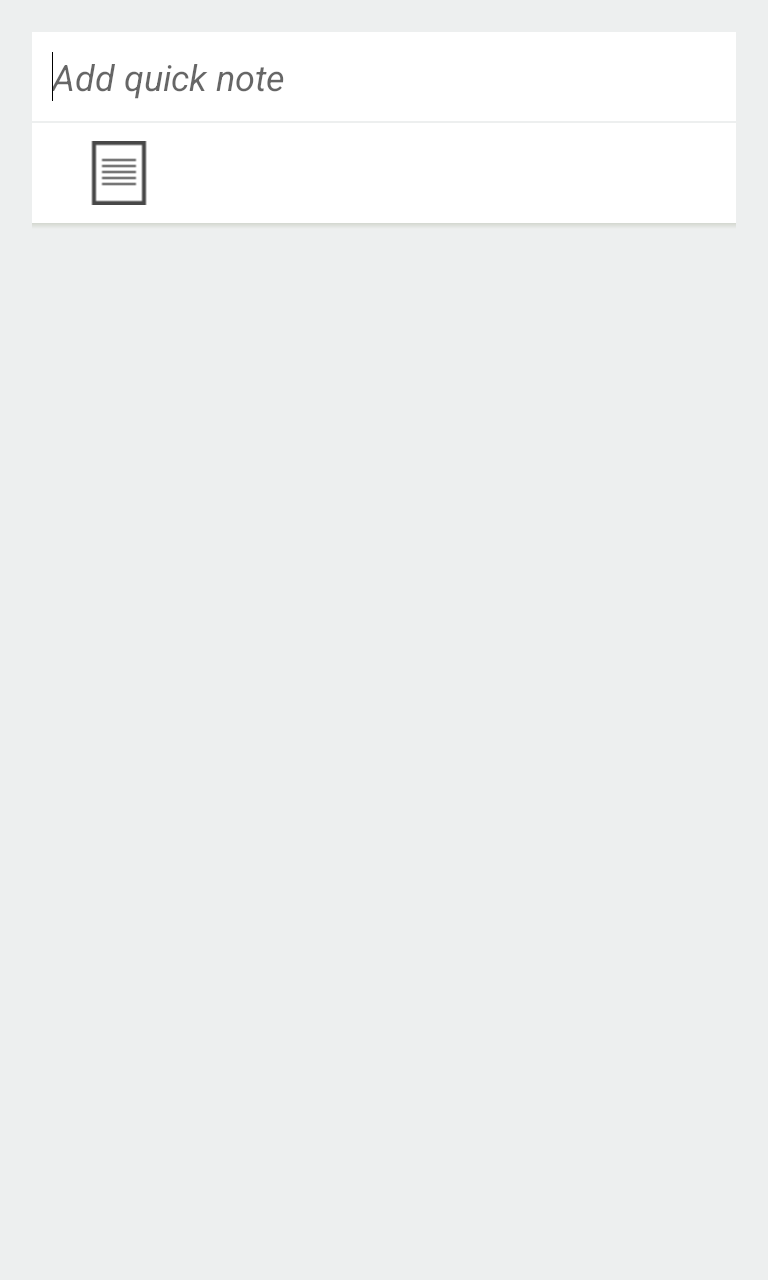
Repository: ishwormali/practices
Layout: Android/GoogleKeep/GoogleKeep/res/layout/fragment_main.xml
An editor plug-in stored every save of this project. The layout is shown before and after the next save, followed by the edit.
It is drawn on a 768 x 1280 px phone screen (xhdpi) without system bars, with theme Theme.Orangeboom; the app's code is not run.

Above is the layout before, as saved 2014-04-01 07:32:03.

### Android/GoogleKeep/GoogleKeep/res/layout/fragment_main.xml
<RelativeLayout xmlns:android="http://schemas.android.com/apk/res/android"
    xmlns:tools="http://schemas.android.com/tools"
    android:layout_width="match_parent"
    android:layout_height="match_parent"
    android:paddingBottom="@dimen/activity_vertical_margin"
    android:paddingLeft="@dimen/activity_horizontal_margin"
    android:paddingRight="@dimen/activity_horizontal_margin"
    android:paddingTop="@dimen/activity_vertical_margin"
    tools:context="com.practices.googlekeep.MainActivity$PlaceholderFragment"
    android:background="@color/main_background"
      >

    <LinearLayout
        android:layout_width="match_parent"
        android:layout_height="wrap_content"
        android:layout_alignParentTop="true"
        android:layout_centerHorizontal="true"
        android:background="@drawable/area_container"
        android:orientation="vertical" >

        <EditText
            android:id="@+id/text_quicknote"
            android:layout_width="match_parent"
            android:layout_height="wrap_content"
            android:ems="10"  android:hint="@string/add_quick_note"
            android:background="@drawable/edit_box"
            android:textColor="@android:color/black"
android:textCursorDrawable="@null" android:padding="10dp"
             >

            <requestFocus />
        </EditText>
        <View
android:layout_width="fill_parent"
android:layout_height="1dip"
android:background="@color/main_background" />


        <LinearLayout android:layout_width="fill_parent"
            android:layout_height="50dp"
             >
            <ImageButton android:layout_width="wrap_content"
                android:layout_height="wrap_content"
                android:src="@drawable/ico_linedpaper32"
                style="?android:attr/borderlessButtonStyle"
                />
        </LinearLayout>

         <View
    android:id="@+id/divider"
    android:background="@drawable/drop_shadow"
    android:layout_width="match_parent"
    android:layout_height="3sp"
     />
    </LinearLayout>

</RelativeLayout>

### Android/GoogleKeep/GoogleKeep/res/values-v14/themes.xml
<?xml version="1.0" encoding="utf-8"?>
<!-- File created by the Android Action Bar Style Generator

     Copyright (C) 2011 The Android Open Source Project
     Copyright (C) 2012 readyState Software Ltd

     Licensed under the Apache License, Version 2.0 (the "License");
     you may not use this file except in compliance with the License.
     You may obtain a copy of the License at

          http://www.apache.org/licenses/LICENSE-2.0

     Unless required by applicable law or agreed to in writing, software
     distributed under the License is distributed on an "AS IS" BASIS,
     WITHOUT WARRANTIES OR CONDITIONS OF ANY KIND, either express or implied.
     See the License for the specific language governing permissions and
     limitations under the License.
-->

<resources xmlns:android="http://schemas.android.com/apk/res/android">

    <style name="Theme.Orangeboom" parent="@style/Theme.AppCompat.Light">
        <item name="android:actionBarItemBackground">@drawable/selectable_background_orangeboom</item>
        <item name="android:popupMenuStyle">@style/PopupMenu.Orangeboom</item>
        <item name="android:dropDownListViewStyle">@style/DropDownListView.Orangeboom</item>
        <item name="android:actionBarTabStyle">@style/ActionBarTabStyle.Orangeboom</item>
        <item name="android:actionDropDownStyle">@style/DropDownNav.Orangeboom</item>
        <item name="android:actionBarStyle">@style/ActionBar.Solid.Orangeboom</item>
        <item name="android:actionModeBackground">@drawable/cab_background_top_orangeboom</item>
        <item name="android:actionModeSplitBackground">@drawable/cab_background_bottom_orangeboom</item>
        <item name="android:actionModeCloseButtonStyle">@style/ActionButton.CloseMode.Orangeboom</item>
         <item name="actionMenuTextColor">@android:color/white</item>

    </style>

    <style name="ActionBar.Solid.Orangeboom" parent="@style/Widget.AppCompat.Light.ActionBar.Solid">
        <item name="android:background">@drawable/ab_solid_orangeboom</item>
        <item name="android:backgroundStacked">@drawable/ab_stacked_solid_orangeboom</item>
        <item name="android:backgroundSplit">@drawable/ab_bottom_solid_orangeboom</item>
        <item name="android:progressBarStyle">@style/ProgressBar.Orangeboom</item>
       <item name="android:titleTextStyle">@style/ActionBar.TextStyle.Orangeboom</item>
<!--        <item name="android:logo">@drawable/text_x_todo</item> -->
    </style>

    <style name="ActionBar.TextStyle.Orangeboom"
           parent="@style/TextAppearance.AppCompat.Widget.ActionBar.Title">
        <item name="android:textColor">@android:color/white</item>
    </style>

    <style name="ActionBar.Transparent.Orangeboom" parent="@style/Widget.AppCompat.Light.ActionBar">
        <item name="android:background">@drawable/ab_transparent_orangeboom</item>
        <item name="android:progressBarStyle">@style/ProgressBar.Orangeboom</item>
    </style>

    <!-- this style is only referenced in a Light.DarkActionBar based theme -->
    <style name="Theme.Orangeboom.Widget" parent="@style/Theme.AppCompat">
        <item name="android:popupMenuStyle">@style/PopupMenu.Orangeboom</item>
        <item name="android:dropDownListViewStyle">@style/DropDownListView.Orangeboom</item>
    </style>

</resources>

### Android/GoogleKeep/GoogleKeep/res/values/themes.xml
<?xml version="1.0" encoding="utf-8"?>
<!-- File created by the Android Action Bar Style Generator

     Copyright (C) 2011 The Android Open Source Project
     Copyright (C) 2012 readyState Software Ltd

     Licensed under the Apache License, Version 2.0 (the "License");
     you may not use this file except in compliance with the License.
     You may obtain a copy of the License at

          http://www.apache.org/licenses/LICENSE-2.0

     Unless required by applicable law or agreed to in writing, software
     distributed under the License is distributed on an "AS IS" BASIS,
     WITHOUT WARRANTIES OR CONDITIONS OF ANY KIND, either express or implied.
     See the License for the specific language governing permissions and
     limitations under the License.
-->

<resources xmlns:android="http://schemas.android.com/apk/res/android">

    <style name="Theme.Orangeboom" parent="@style/Theme.AppCompat.Light">
        <item name="actionBarItemBackground">@drawable/selectable_background_orangeboom</item>
        <item name="popupMenuStyle">@style/PopupMenu.Orangeboom</item>
        <item name="dropDownListViewStyle">@style/DropDownListView.Orangeboom</item>
        <item name="actionBarTabStyle">@style/ActionBarTabStyle.Orangeboom</item>
        <item name="actionDropDownStyle">@style/DropDownNav.Orangeboom</item>
        <item name="actionBarStyle">@style/ActionBar.Solid.Orangeboom</item>
        <item name="actionModeBackground">@drawable/cab_background_top_orangeboom</item>
        <item name="actionModeSplitBackground">@drawable/cab_background_bottom_orangeboom</item>
        <item name="actionModeCloseButtonStyle">@style/ActionButton.CloseMode.Orangeboom</item>
 <item name="actionMenuTextColor">@android:color/white</item>


    </style>

    <style name="ActionBar.Solid.Orangeboom" parent="@style/Widget.AppCompat.Light.ActionBar.Solid">
        <item name="background">@drawable/ab_solid_orangeboom</item>
        <item name="backgroundStacked">@drawable/ab_stacked_solid_orangeboom</item>
        <item name="backgroundSplit">@drawable/ab_bottom_solid_orangeboom</item>
        <item name="progressBarStyle">@style/ProgressBar.Orangeboom</item>
         <item name="titleTextStyle">@style/ActionBar.TextStyle.Orangeboom</item>
<!--          <item name="logo">@drawable/text_x_todo</item> -->
    </style>

     <style name="ActionBar.TextStyle.Orangeboom"
           parent="@style/TextAppearance.AppCompat.Widget.ActionBar.Title">
        <item name="android:textColor">@android:color/white</item>
    </style>

    <style name="ActionBar.Transparent.Orangeboom" parent="@style/Widget.AppCompat.Light.ActionBar">
        <item name="background">@drawable/ab_transparent_orangeboom</item>
        <item name="progressBarStyle">@style/ProgressBar.Orangeboom</item>
    </style>

    <style name="PopupMenu.Orangeboom" parent="@style/Widget.AppCompat.Light.PopupMenu">
        <item name="android:popupBackground">@drawable/menu_dropdown_panel_orangeboom</item>
    </style>

    <style name="DropDownListView.Orangeboom" parent="@style/Widget.AppCompat.Light.ListView.DropDown">
        <item name="android:listSelector">@drawable/selectable_background_orangeboom</item>
    </style>

    <style name="ActionBarTabStyle.Orangeboom" parent="@style/Widget.AppCompat.Light.ActionBar.TabView">
        <item name="android:background">@drawable/tab_indicator_ab_orangeboom</item>
        <item name="android:textColor">@android:color/white</item>
    </style>

    <style name="DropDownNav.Orangeboom" parent="@style/Widget.AppCompat.Light.Spinner.DropDown.ActionBar">
        <item name="android:background">@drawable/spinner_background_ab_orangeboom</item>
        <item name="android:popupBackground">@drawable/menu_dropdown_panel_orangeboom</item>
        <item name="android:dropDownSelector">@drawable/selectable_background_orangeboom</item>
    </style>

    <style name="ProgressBar.Orangeboom" parent="@style/Widget.AppCompat.ProgressBar.Horizontal">
        <item name="android:progressDrawable">@drawable/progress_horizontal_orangeboom</item>
    </style>

    <style name="ActionButton.CloseMode.Orangeboom" parent="@style/Widget.AppCompat.Light.ActionButton.CloseMode">
        <item name="android:background">@drawable/btn_cab_done_orangeboom</item>
    </style>

    <!-- this style is only referenced in a Light.DarkActionBar based theme -->
    <style name="Theme.Orangeboom.Widget" parent="@style/Theme.AppCompat">
        <item name="popupMenuStyle">@style/PopupMenu.Orangeboom</item>
        <item name="dropDownListViewStyle">@style/DropDownListView.Orangeboom</item>
    </style>

</resources>

### Android/GoogleKeep/GoogleKeep/res/drawable/selectable_background_orangeboom.xml
<?xml version="1.0" encoding="utf-8"?>
<!-- File created by the Android Action Bar Style Generator

     Copyright (C) 2011 The Android Open Source Project
     Copyright (C) 2012 readyState Software Ltd

     Licensed under the Apache License, Version 2.0 (the "License");
     you may not use this file except in compliance with the License.
     You may obtain a copy of the License at

          http://www.apache.org/licenses/LICENSE-2.0

     Unless required by applicable law or agreed to in writing, software
     distributed under the License is distributed on an "AS IS" BASIS,
     WITHOUT WARRANTIES OR CONDITIONS OF ANY KIND, either express or implied.
     See the License for the specific language governing permissions and
     limitations under the License.
-->

<selector xmlns:android="http://schemas.android.com/apk/res/android"
        android:exitFadeDuration="@android:integer/config_mediumAnimTime" >
    <item android:state_pressed="false" android:state_focused="true" android:drawable="@drawable/list_focused_orangeboom" />
    <item android:state_pressed="true" android:drawable="@drawable/list_pressed_orangeboom" />
    <item android:drawable="@android:color/transparent" />
</selector>

### Android/GoogleKeep/GoogleKeep/res/drawable/btn_cab_done_orangeboom.xml
<?xml version="1.0" encoding="utf-8"?>
<!-- File created by the Android Action Bar Style Generator

     Copyright (C) 2011 The Android Open Source Project
     Copyright (C) 2012 readyState Software Ltd

     Licensed under the Apache License, Version 2.0 (the "License");
     you may not use this file except in compliance with the License.
     You may obtain a copy of the License at

          http://www.apache.org/licenses/LICENSE-2.0

     Unless required by applicable law or agreed to in writing, software
     distributed under the License is distributed on an "AS IS" BASIS,
     WITHOUT WARRANTIES OR CONDITIONS OF ANY KIND, either express or implied.
     See the License for the specific language governing permissions and
     limitations under the License.
-->

<selector xmlns:android="http://schemas.android.com/apk/res/android">
    <item android:state_pressed="true"
        android:drawable="@drawable/btn_cab_done_pressed_orangeboom" />
    <item android:state_focused="true" android:state_enabled="true"
        android:drawable="@drawable/btn_cab_done_focused_orangeboom" />
    <item android:state_enabled="true"
        android:drawable="@drawable/btn_cab_done_default_orangeboom" />
</selector>

### Android/GoogleKeep/GoogleKeep/res/drawable/progress_horizontal_orangeboom.xml
<?xml version="1.0" encoding="utf-8"?>
<!-- File created by the Android Action Bar Style Generator

     Copyright (C) 2011 The Android Open Source Project
     Copyright (C) 2012 readyState Software Ltd

     Licensed under the Apache License, Version 2.0 (the "License");
     you may not use this file except in compliance with the License.
     You may obtain a copy of the License at

          http://www.apache.org/licenses/LICENSE-2.0

     Unless required by applicable law or agreed to in writing, software
     distributed under the License is distributed on an "AS IS" BASIS,
     WITHOUT WARRANTIES OR CONDITIONS OF ANY KIND, either express or implied.
     See the License for the specific language governing permissions and
     limitations under the License.
-->

<layer-list xmlns:android="http://schemas.android.com/apk/res/android">

    <item android:id="@android:id/background"
          android:drawable="@drawable/progress_bg_orangeboom" />

    <item android:id="@android:id/secondaryProgress">
        <scale android:scaleWidth="100%"
               android:drawable="@drawable/progress_secondary_orangeboom" />
    </item>

    <item android:id="@android:id/progress">
        <scale android:scaleWidth="100%"
               android:drawable="@drawable/progress_primary_orangeboom" />
    </item>

</layer-list>

### Android/GoogleKeep/GoogleKeep/res/drawable/spinner_background_ab_orangeboom.xml
<?xml version="1.0" encoding="utf-8"?>
<!-- File created by the Android Action Bar Style Generator

     Copyright (C) 2011 The Android Open Source Project
     Copyright (C) 2012 readyState Software Ltd

     Licensed under the Apache License, Version 2.0 (the "License");
     you may not use this file except in compliance with the License.
     You may obtain a copy of the License at

          http://www.apache.org/licenses/LICENSE-2.0

     Unless required by applicable law or agreed to in writing, software
     distributed under the License is distributed on an "AS IS" BASIS,
     WITHOUT WARRANTIES OR CONDITIONS OF ANY KIND, either express or implied.
     See the License for the specific language governing permissions and
     limitations under the License.
-->

<selector xmlns:android="http://schemas.android.com/apk/res/android">
    <item android:state_enabled="false"
        android:drawable="@drawable/spinner_ab_disabled_orangeboom" />
    <item android:state_pressed="true"
        android:drawable="@drawable/spinner_ab_pressed_orangeboom" />
    <item android:state_pressed="false" android:state_focused="true"
        android:drawable="@drawable/spinner_ab_focused_orangeboom" />
    <item android:drawable="@drawable/spinner_ab_default_orangeboom" />
</selector>

### Android/GoogleKeep/GoogleKeep/res/drawable/tab_indicator_ab_orangeboom.xml
<?xml version="1.0" encoding="utf-8"?>
<!-- File created by the Android Action Bar Style Generator

     Copyright (C) 2011 The Android Open Source Project
     Copyright (C) 2012 readyState Software Ltd

     Licensed under the Apache License, Version 2.0 (the "License");
     you may not use this file except in compliance with the License.
     You may obtain a copy of the License at

          http://www.apache.org/licenses/LICENSE-2.0

     Unless required by applicable law or agreed to in writing, software
     distributed under the License is distributed on an "AS IS" BASIS,
     WITHOUT WARRANTIES OR CONDITIONS OF ANY KIND, either express or implied.
     See the License for the specific language governing permissions and
     limitations under the License.
-->

<selector xmlns:android="http://schemas.android.com/apk/res/android">
    <!-- Non focused states -->
    <item android:state_focused="false" android:state_selected="false" android:state_pressed="false" android:drawable="@android:color/transparent" />
    <item android:state_focused="false" android:state_selected="true"  android:state_pressed="false" android:drawable="@drawable/tab_selected_orangeboom" />

    <!-- Focused states -->
    <item android:state_focused="true" android:state_selected="false" android:state_pressed="false" android:drawable="@drawable/tab_unselected_focused_orangeboom" />
    <item android:state_focused="true" android:state_selected="true"  android:state_pressed="false" android:drawable="@drawable/tab_selected_focused_orangeboom" />

    <!-- Pressed -->
    <!--    Non focused states -->
    <item android:state_focused="false" android:state_selected="false" android:state_pressed="true" android:drawable="@drawable/tab_unselected_pressed_orangeboom" />
    <item android:state_focused="false" android:state_selected="true"  android:state_pressed="true" android:drawable="@drawable/tab_selected_pressed_orangeboom" />

    <!--    Focused states -->
    <item android:state_focused="true" android:state_selected="false" android:state_pressed="true" android:drawable="@drawable/tab_unselected_pressed_orangeboom" />
    <item android:state_focused="true" android:state_selected="true"  android:state_pressed="true" android:drawable="@drawable/tab_selected_pressed_orangeboom" />
</selector>

### Android/GoogleKeep/GoogleKeep/res/values/dimens.xml
<resources>

    <!-- Default screen margins, per the Android Design guidelines. -->
    <dimen name="activity_horizontal_margin">16dp</dimen>
    <dimen name="activity_vertical_margin">16dp</dimen>

</resources>

### Android/GoogleKeep/GoogleKeep/res/values/Color.xml
<?xml version="1.0" encoding="utf-8"?>
<resources>
    <color name="main_background">#EDEFEF</color>
    <color name="area_container_background">#FFFFFF</color>

</resources>

### Android/GoogleKeep/GoogleKeep/res/drawable/area_container.xml
<?xml version="1.0" encoding="utf-8"?>
<shape xmlns:android="http://schemas.android.com/apk/res/android"

    >
    <solid android:color="@color/area_container_background"/>

</shape>

### Android/GoogleKeep/GoogleKeep/res/values/strings.xml
<?xml version="1.0" encoding="utf-8"?>
<resources>

    <string name="app_name">GoogleKeep</string>
    <string name="hello_world">Hello world!</string>
    <string name="action_settings">Settings</string>
	<string name="add_quick_note"><i>Add quick note</i></string>
</resources>

### Android/GoogleKeep/GoogleKeep/res/drawable/edit_box.xml
<?xml version="1.0" encoding="utf-8"?>
<shape xmlns:android="http://schemas.android.com/apk/res/android"
    android:shape="rectangle"
    android:padding="10dp"
     >

<solid android:color="#FFFFFF"/>

</shape>

### Android/GoogleKeep/GoogleKeep/res/drawable/drop_shadow.xml
<?xml version="1.0" encoding="utf-8"?>
<shape xmlns:android="http://schemas.android.com/apk/res/android" android:shape="rectangle">
  <gradient
    android:startColor="@color/main_background"

    android:endColor="#d3d7cf"
    android:angle="90" />
</shape>

Loaded but not shown: Android/GoogleKeep/GoogleKeep/res/values-w820dp/dimens.xml (common file)

After the next save:
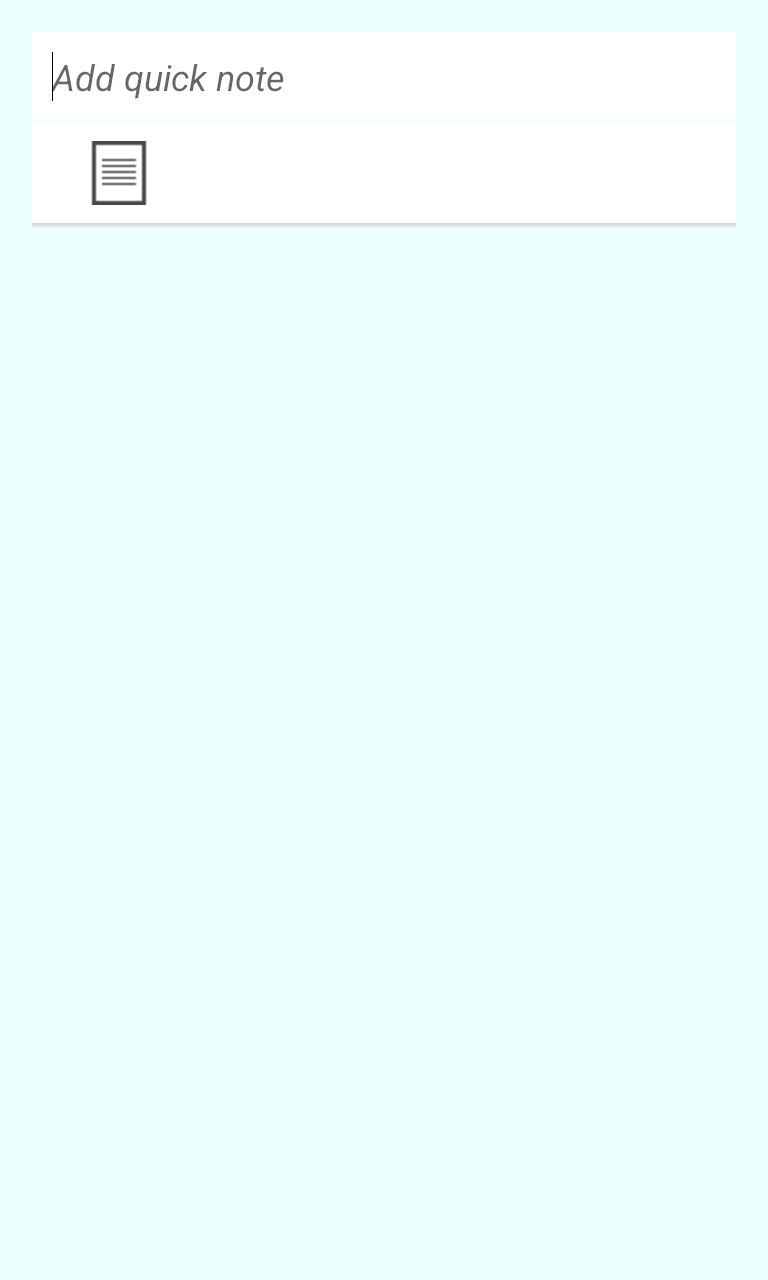
Saved 23 s later.
--- a/Android/GoogleKeep/GoogleKeep/res/values/Color.xml
+++ b/Android/GoogleKeep/GoogleKeep/res/values/Color.xml
@@ -1,6 +1,6 @@
 <?xml version="1.0" encoding="utf-8"?>
 <resources>
-    <color name="main_background">#EDEFEF</color>
+    <color name="main_background">#EDFFFF</color>
     <color name="area_container_background">#FFFFFF</color>
 
 </resources>
